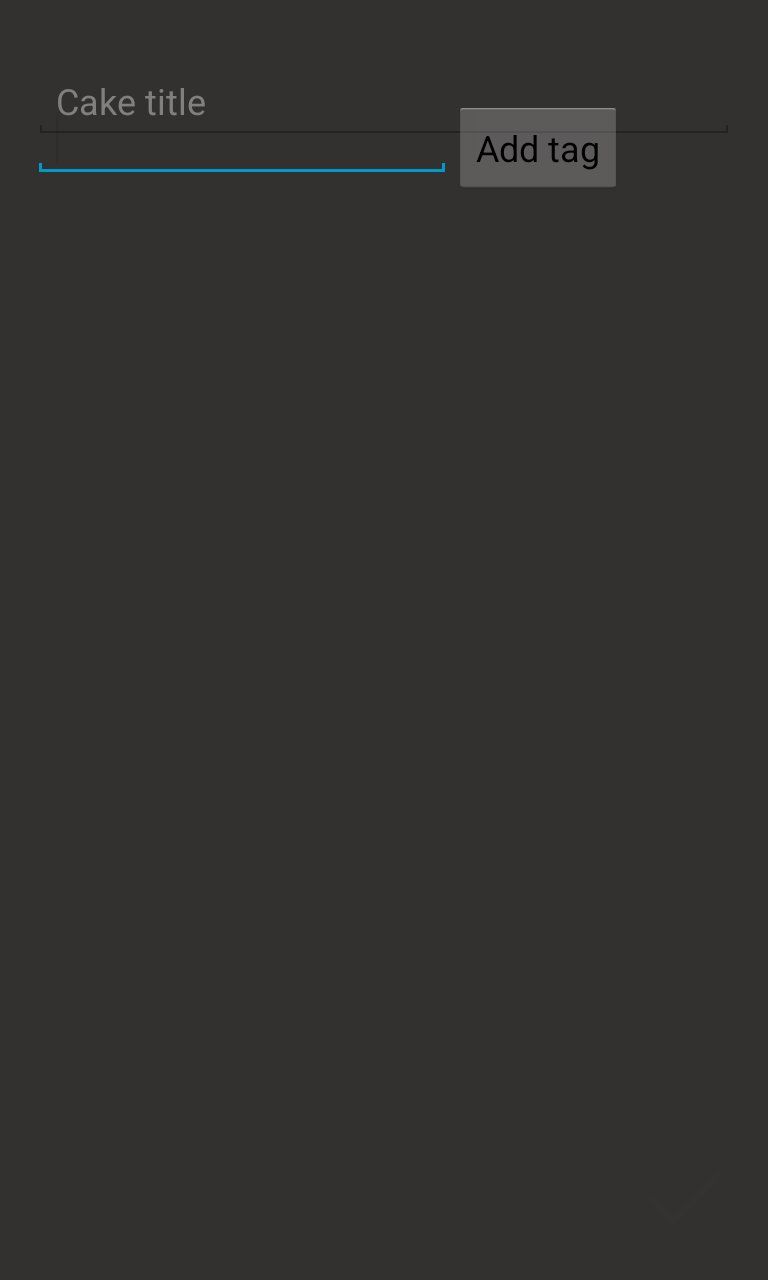
Repository: johnshaughnessy/onesec
Layout: OneSec-App/res/layout/activity_new_cake.xml
The author's editor kept a copy of each file at every save. The layout is drawn from the files as they stood at one save, then again after the next save.
It is drawn on a 768 x 1280 px phone screen (xhdpi) without system bars, with theme RetroTheme; the app's code is not run.

Above is the layout before, as saved 2013-07-13 22:47:22.

### OneSec-App/res/layout/activity_new_cake.xml
<RelativeLayout xmlns:android="http://schemas.android.com/apk/res/android"
    xmlns:tools="http://schemas.android.com/tools"
    android:layout_width="match_parent"
    android:layout_height="match_parent"
    android:paddingBottom="@dimen/activity_vertical_margin"
    android:paddingLeft="@dimen/activity_horizontal_margin"
    android:paddingRight="@dimen/activity_horizontal_margin"
    android:paddingTop="@dimen/activity_vertical_margin"
    tools:context=".NewCakeActivity" >

    <ImageView
        android:id="@+id/thumbnail"
        android:layout_width="wrap_content"
        android:layout_height="wrap_content"
        android:layout_marginBottom="15dp"
        android:layout_centerHorizontal="true" />

    <TextView
        android:id="@+id/date"
        android:layout_width="wrap_content"
        android:layout_height="wrap_content"
        android:layout_below="@id/thumbnail"
        android:maxLines="1000"
        android:layout_centerHorizontal="true" />

    <EditText
        android:id="@+id/title"
        android:layout_width="fill_parent"
        android:layout_height="wrap_content"
        android:layout_below="@id/thumbnail"
        android:maxLines="1"
        android:inputType="text"
        android:hint="@string/hint_cake_title"
        android:layout_centerHorizontal="true" />

    <Button
        android:id="@+id/done"
        android:layout_width="50dp"
        android:layout_height="50dp"
        android:layout_alignParentBottom="true"
        android:layout_alignParentRight="true"
        android:background="@drawable/ic_navigation_accept" />

    <EditText
        android:id="@+id/newCakeSprinkle"
        android:layout_width="wrap_content"
        android:layout_height="wrap_content"
        android:layout_alignLeft="@+id/title"
        android:layout_below="@+id/date"
        android:maxLines="1"
        android:inputType="text"
        android:ems="10" >
        <requestFocus />
    </EditText>

    <Button
        android:id="@+id/addTag"
        android:layout_width="wrap_content"
        android:layout_height="wrap_content"
        android:layout_below="@id/date"
        android:layout_toRightOf="@id/newCakeSprinkle"
        android:layout_centerHorizontal="true"
        android:onClick="addTag"
        android:text="@string/addTag" />

</RelativeLayout>

### OneSec-App/res/values/strings.xml
<?xml version="1.0" encoding="utf-8"?>
<resources>

    <string name="app_name">SPRINKLES</string>
    <string name="action_settings">Settings</string>
    <string name="action_signout">Sign out</string>
    <string name="search_title">Search</string>
    <string name="search_hint">Search by sprinkle</string>
    <string name="hello_world">Hello world!</string>
    <string name="title_activity_new_second">New Moment</string>
    <string name="title_activity_new_cake">New Cake</string>
    <string name="title_activity_view_seconds">My Moments</string>
    <string name="title_activity_view_cakes">My Cakes</string>
    <string name="title_activity_recipe">RecipeActivity</string>
    <string name="my_seconds">My Moments</string>
    <string name="date">Date:</string>
    <string name="text_select_seconds">Select</string>
    <string name="text_bake_cake">Bake</string>
    <string name="forget">Forget</string>
    <string name="sign_in">Sign in</string>
    <string name="hint_cake_title">Cake title</string>

    <string name="text_takeSecond">Capture the moment</string>
    <string name="text_viewSeconds">View Moments</string>
    <string name="text_viewCakes">View Cakes</string>

    <string name="menu_new">New</string>
    <string name="text_test">Test</string>
    <string name="done">So beautiful omg</string>
    <string name="play_second">Play</string>

    <string name="addTag">Add tag</string>
    <string name="upload">Upload</string>
    <string name="syncSeconds">Sync Moments</string>


</resources>

Loaded but not shown: OneSec-App/res/values/styles.xml (common file); OneSec-App/res/values-v11/styles.xml (common file); OneSec-App/res/values-v14/styles.xml (common file); OneSec-App/res/values/dimens.xml (common file)

After the next save:
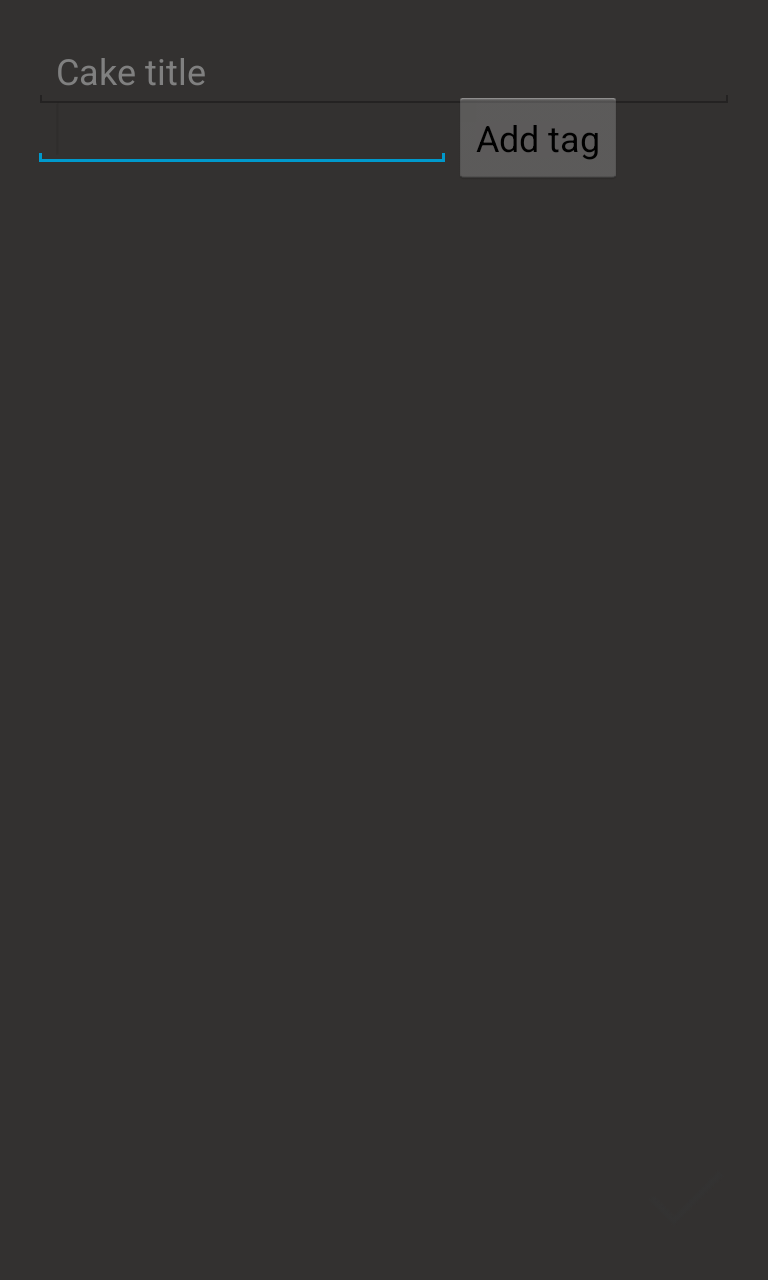
Saved 14 s later.
--- a/OneSec-App/res/layout/activity_new_cake.xml
+++ b/OneSec-App/res/layout/activity_new_cake.xml
@@ -12,7 +12,7 @@
         android:id="@+id/thumbnail"
         android:layout_width="wrap_content"
         android:layout_height="wrap_content"
-        android:layout_marginBottom="15dp"
+        android:layout_marginBottom="10dp"
         android:layout_centerHorizontal="true" />
 
     <TextView
@@ -27,7 +27,7 @@
         android:id="@+id/title"
         android:layout_width="fill_parent"
         android:layout_height="wrap_content"
-        android:layout_below="@id/thumbnail"
+        android:layout_below="@id/title"
         android:maxLines="1"
         android:inputType="text"
         android:hint="@string/hint_cake_title"
